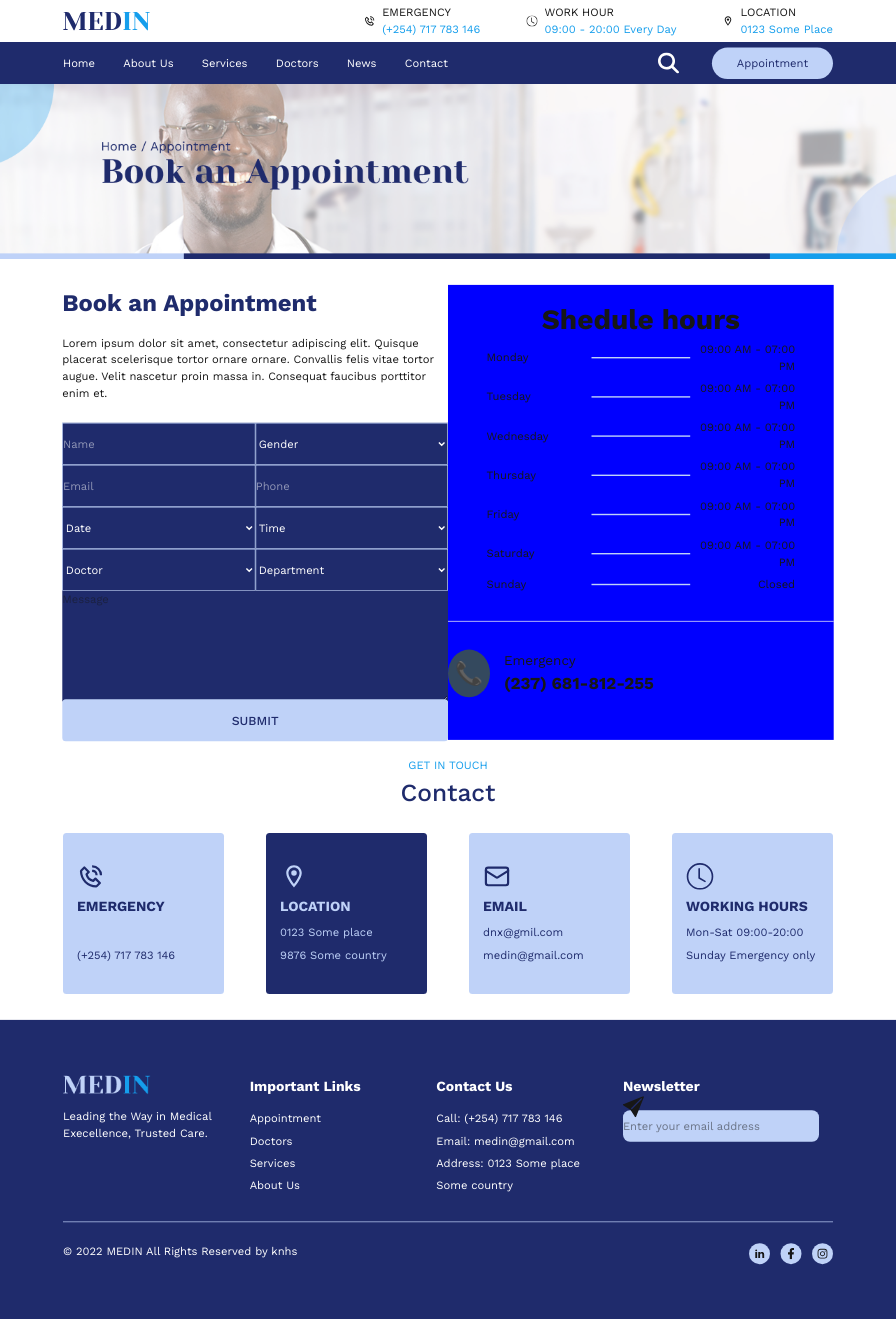
Repository: SynHK3/Poc_Hospital
Page: /appointment (app in fe_hospital/)
These files come from the project's save history. The page is drawn as it stood at one moment and after the next save; the edit follows.
The browser window is 1280 px wide. The pictures show the whole page, at 70% of full size.
The project was rebuilt for these pictures with package versions that can differ from the ones it lists, and the page was loaded fresh each time. The framework's server and built-in components were replaced by stand-ins that run in the browser. Also part of the build but not shown: fe_hospital/next.config.ts.

Above is the page before, as saved 2025-09-02 22:38:27.

After the next save:
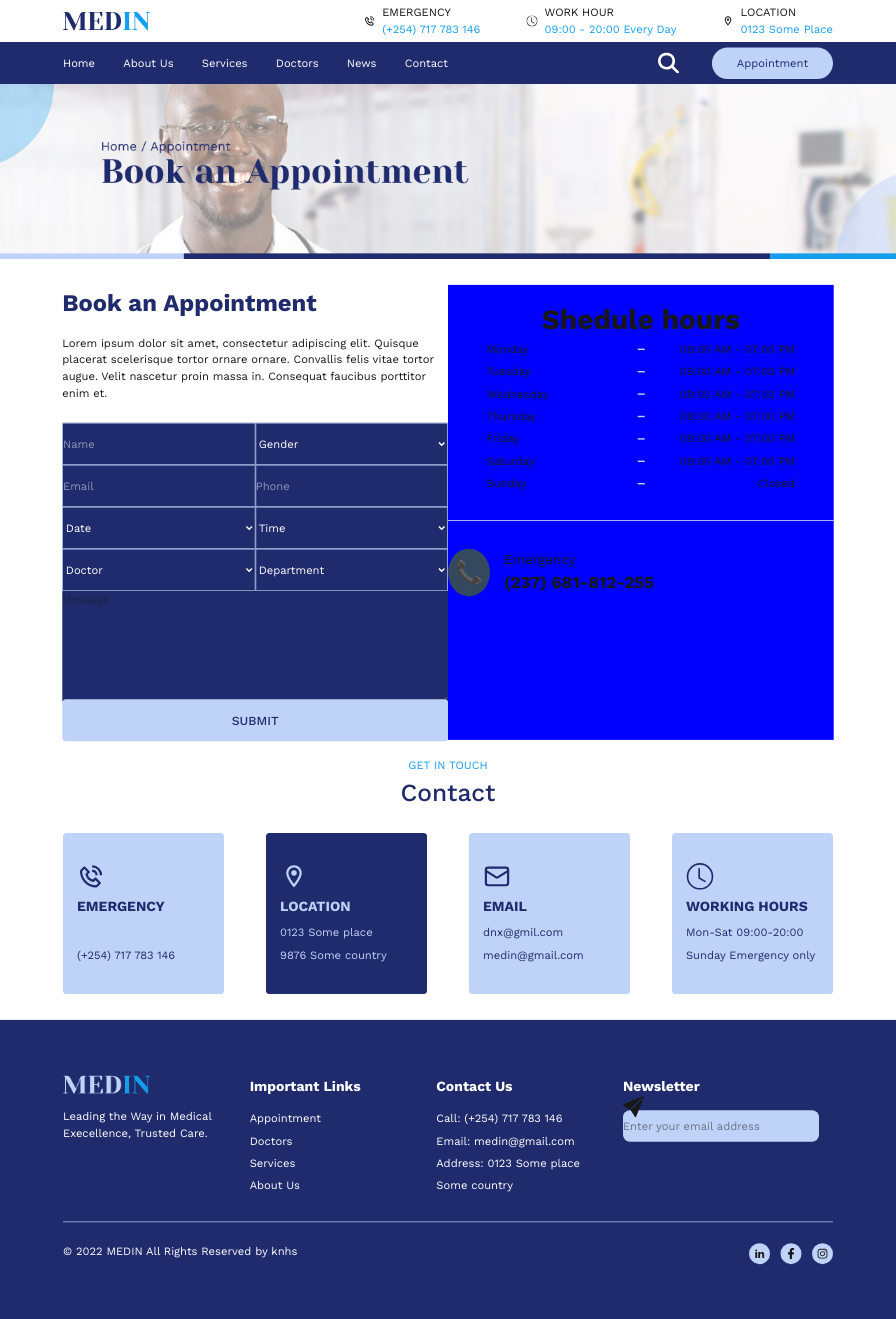
Saved 55 s later.
--- a/fe_hospital/src/app/appointment/appointment.css
+++ b/fe_hospital/src/app/appointment/appointment.css
@@ -120,19 +120,19 @@
 }
 
 .shedule__item .day {
-  flex: 1; /* chiếm 1 phần */
+  flex: 1;
   text-align: left;
 }
 
 .shedule__item .line--day--time {
-  flex: 1; /* chiếm 1 phần */
+  width: 10px; /* cố định 10px */
   height: 2px;
   background-color: #bfd2f8;
   margin: 0 8px;
 }
 
 .shedule__item .time {
-  flex: 1; /* chiếm 1 phần */
+  flex: 1;
   text-align: right;
 }
 
